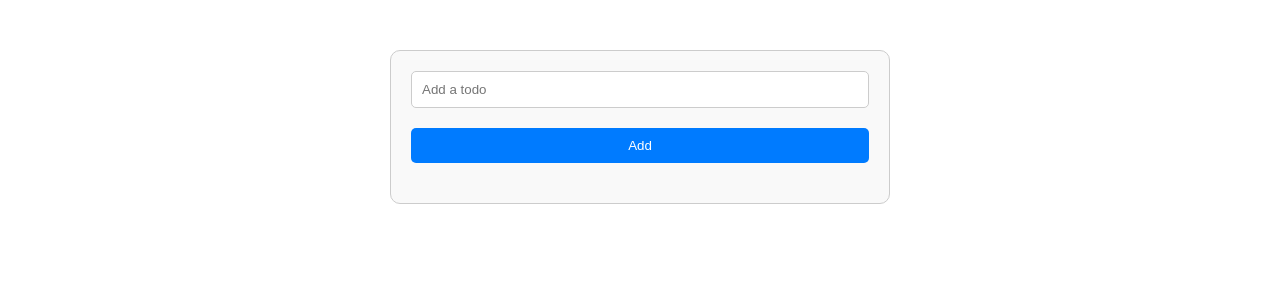
Repository: Fariadd/Vanilla-JS
Page: movieAPI/index.html
An editor plug-in stored every save of this project. The page is shown before and after the next save, followed by the edit.
The browser window is 1280 px wide. The pictures show the whole page.

Above is the page before, as saved 2024-10-02 22:06:19.

After the next save:
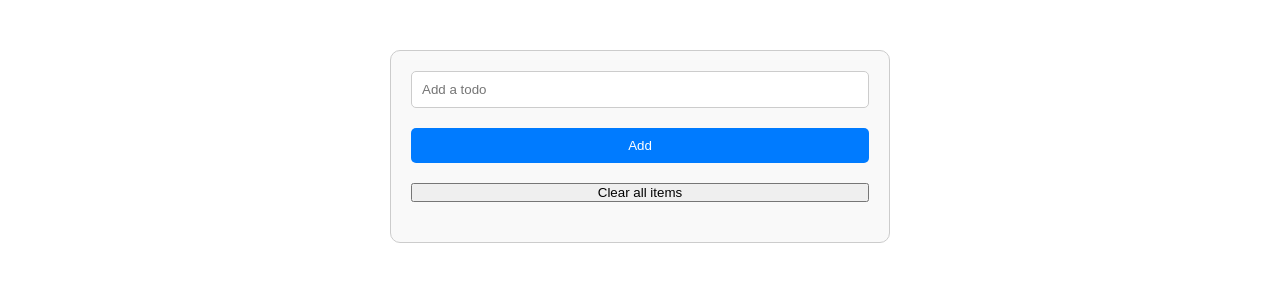
Saved 22 s later.
--- a/movieAPI/index.html
+++ b/movieAPI/index.html
@@ -17,6 +17,7 @@
           placeholder="filter items"
           id="filter"
         />
+        <button>Clear all items</button>
       </form>
 
       <ul class="card-list"></ul>
